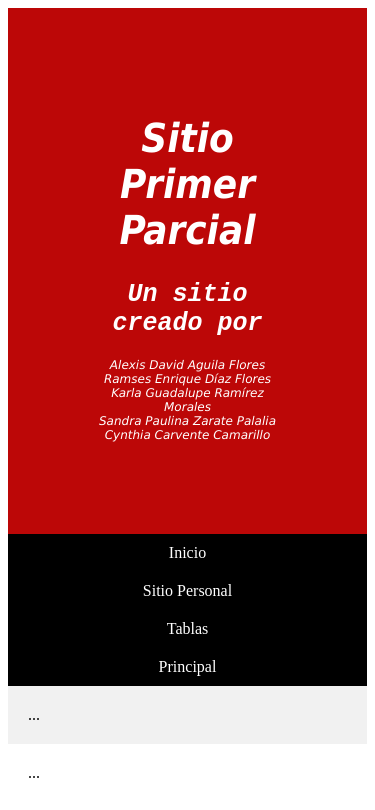
Repository: Dogueen/miniProyectoUniversidad
Page: miniProyecto/pages/inicio.html
These files come from the project's save history. The page is drawn as it stood at one moment and after the next save; the edit follows.
The browser window is 375 px wide. The pictures show the whole page.

Above is the page before, as saved 2023-10-27 19:17:10.

### miniProyecto/pages/inicio.html
<!DOCTYPE html>
<html lang="es">

    <head>
        <title>Inicio</title>
        <meta charset="UTF-8">
        <meta name="viewport" content="width=device-width, initial-scale=1">
        <link rel="stylesheet" type="text/css" href="../styles/inicio.css" />

        <style>
     </style>
    </head>

    <body>

        <div class="header">
            <h1>Sitio Primer Parcial</h1>
            <h2> Un sitio creado por</h2>
            <dl>
                <dt>Alexis David Aguila Flores</dt>
                <dt>Ramses Enrique Díaz Flores</dt>
                <dt>Karla Guadalupe Ramírez Morales</dt>
                <dt>Sandra Paulina Zarate Palalia</dt>
                <dt>Cynthia Carvente Camarillo</dt>
            </dl>
        </div>

        <div class="navbar">
            <a href="pages/inicio.html">Inicio</a>
            <a href="pages/personal.html">Sitio Personal</a>
            <a href="pages/tablas.html">Tablas</a>
            <a href="../principal.html" class="right">Principal</a>
        </div>

        <div class="row">
            <div class="side">...</div>
            <div class="main">...</div>
        </div>

    </body>

</html>

### miniProyecto/styles/inicio.css
/* Inicio Stylesheet */

.header {
    padding: 80px;
    /* some padding */
    text-align: center;
    /* center the text */
    background: #bc0707;
    /* green background */
    color: white;
    /* white text color */
}

/* Increase the font size of the <h1> element */
.header h1  {
    font-size: 40px;
    font-style: italic ;
    font-family: Tahoma ;

}

.header h2  {
    font-size: 25px;
    font-style: italic ;
    font-family: monospace;

}

.header dl  {
    font-size: 12px;
    font-style: italic ;
    font-family: Verdana, Geneva, Tahoma, sans-serif;

}

/* Style the top navigation bar */
.navbar {
    overflow: hidden;
    /* Hide overflow */
    background-color: #000000;
    /* Dark background color */
}

/* Style the navigation bar links */
.navbar a {
    float: left;
    /* Make sure that the links stay side-by-side */
    display: block;
    /* Change the display to block, for responsive reasons (see below) */
    color: white;
    /* White text color */
    text-align: center;
    /* Center the text */
    padding: 10px 80px;
    /* Add some padding */
    text-decoration: none;
    /* Remove underline */
}

.navbar a:hover {
    background-color: #ddd;
    /* Grey background color */
    color: black;
    /* Black text color */
}

.navbar a.right {
    float: right; /* Float a link to the right */
  }


* {
    box-sizing: border-box;
}

/* Column container */
.row {
    display: flex;
    flex-wrap: wrap;
}

/* Create two unequal columns that sits next to each other */
/* Sidebar/left column */
.side {
    flex: 30%;
    /* Set the width of the sidebar */
    background-color: #f1f1f1;
    /* Grey background color */
    padding: 20px;
    /* Some padding */
}

/* Main column */
.main {
    flex: 70%;
    background-color: white;

    padding: 20px;

}
@media screen and (max-width: 700px) {
    .row {
      flex-direction: column;
    }x
  }
   @media screen and (max-width: 400px) {
    .navbar a {
      float: none;
      width: 100%;
    }
  }

After the next save:
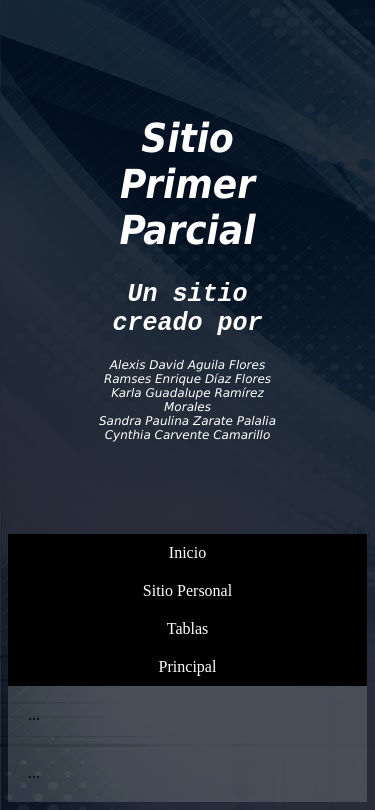
Saved 81 s later.
--- a/miniProyecto/styles/inicio.css
+++ b/miniProyecto/styles/inicio.css
@@ -1,111 +1,84 @@
-/* Inicio Stylesheet */
+body {
+    background-image: url("../images/bg-img.jpg");
+}
 
 .header {
     padding: 80px;
-    /* some padding */
     text-align: center;
-    /* center the text */
-    background: #bc0707;
-    /* green background */
     color: white;
-    /* white text color */
 }
 
-/* Increase the font size of the <h1> element */
-.header h1  {
+.header h1 {
     font-size: 40px;
-    font-style: italic ;
-    font-family: Tahoma ;
-
+    font-style: italic;
+    font-family: Tahoma;
 }
 
-.header h2  {
+.header h2 {
     font-size: 25px;
-    font-style: italic ;
+    font-style: italic;
     font-family: monospace;
-
 }
 
-.header dl  {
+.header dl {
     font-size: 12px;
-    font-style: italic ;
+    font-style: italic;
     font-family: Verdana, Geneva, Tahoma, sans-serif;
-
 }
 
-/* Style the top navigation bar */
 .navbar {
     overflow: hidden;
-    /* Hide overflow */
     background-color: #000000;
-    /* Dark background color */
 }
 
-/* Style the navigation bar links */
 .navbar a {
     float: left;
-    /* Make sure that the links stay side-by-side */
     display: block;
-    /* Change the display to block, for responsive reasons (see below) */
     color: white;
-    /* White text color */
     text-align: center;
-    /* Center the text */
     padding: 10px 80px;
-    /* Add some padding */
     text-decoration: none;
-    /* Remove underline */
 }
 
 .navbar a:hover {
     background-color: #ddd;
-    /* Grey background color */
     color: black;
-    /* Black text color */
 }
 
 .navbar a.right {
-    float: right; /* Float a link to the right */
-  }
-
+    float: right;
+}
 
 * {
     box-sizing: border-box;
 }
 
-/* Column container */
 .row {
     display: flex;
     flex-wrap: wrap;
 }
 
-/* Create two unequal columns that sits next to each other */
-/* Sidebar/left column */
 .side {
     flex: 30%;
-    /* Set the width of the sidebar */
-    background-color: #f1f1f1;
-    /* Grey background color */
+    background-color: #f1f1f12a;
     padding: 20px;
-    /* Some padding */
 }
 
-/* Main column */
 .main {
     flex: 70%;
-    background-color: white;
+    background-color: #f1f1f12a;
+    padding: 20px;
+}
 
-    padding: 20px;
-
-}
 @media screen and (max-width: 700px) {
     .row {
-      flex-direction: column;
-    }x
-  }
-   @media screen and (max-width: 400px) {
+        flex-direction: column;
+    }
+}
+
+@media screen and (max-width: 400px) {
     .navbar a {
-      float: none;
-      width: 100%;
+        float: none;
+        width: 100%;
     }
-  }
+}
